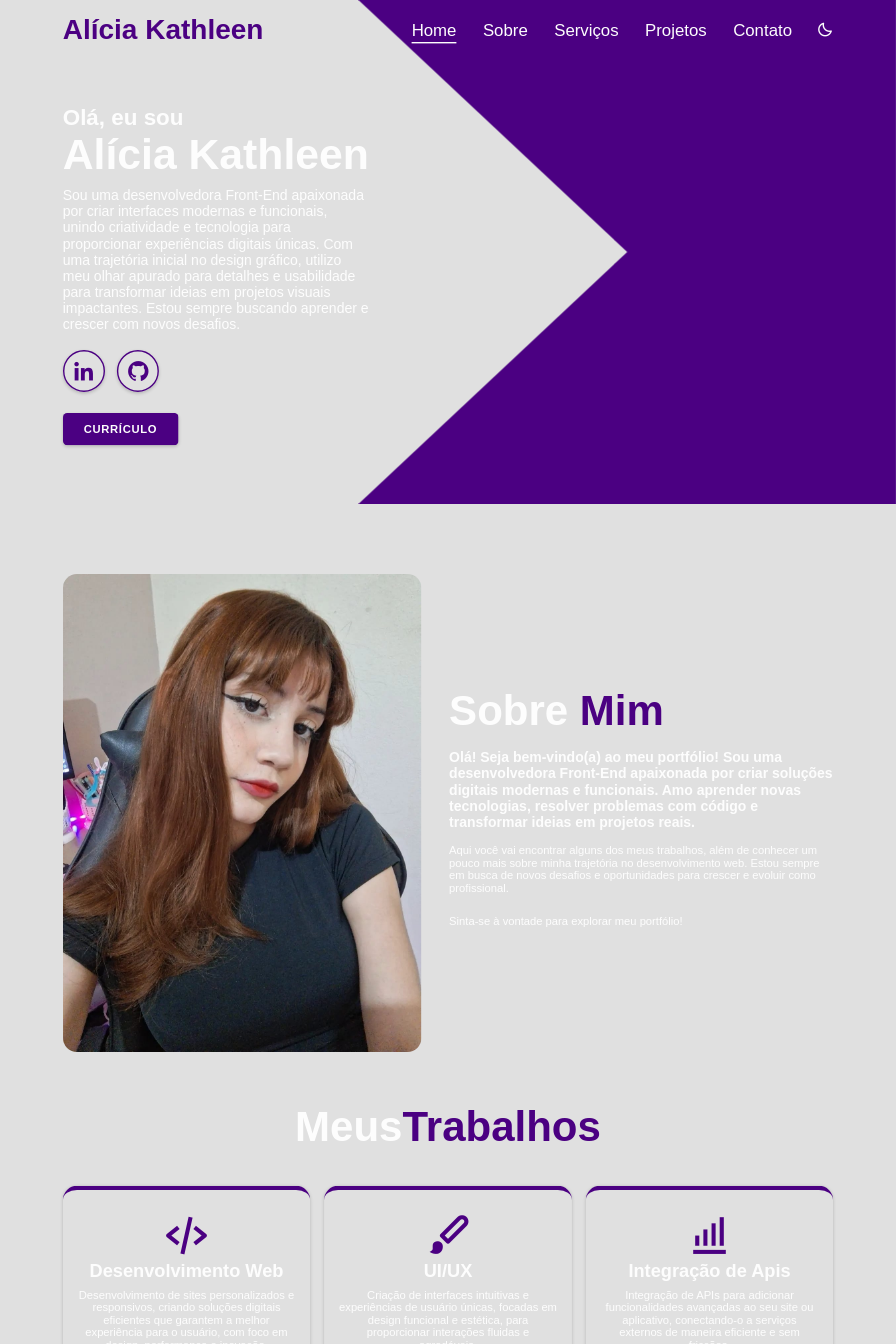
Repository: AliciaKathleen/portfolio-2025
Page: index.html
The author's editor kept a copy of each file at every save. The page is drawn from the files as they stood at one save, then again after the next save.
The browser window is 1280 px wide. The pictures show the part of the page from y = 0 to 1920 px (the page is 3946 px tall), at 70% of full size.

Above is the page before, as saved 2025-01-27 16:46:49.
Console error: TypeError: Cannot read properties of null (reading 'classList')

After the next save:
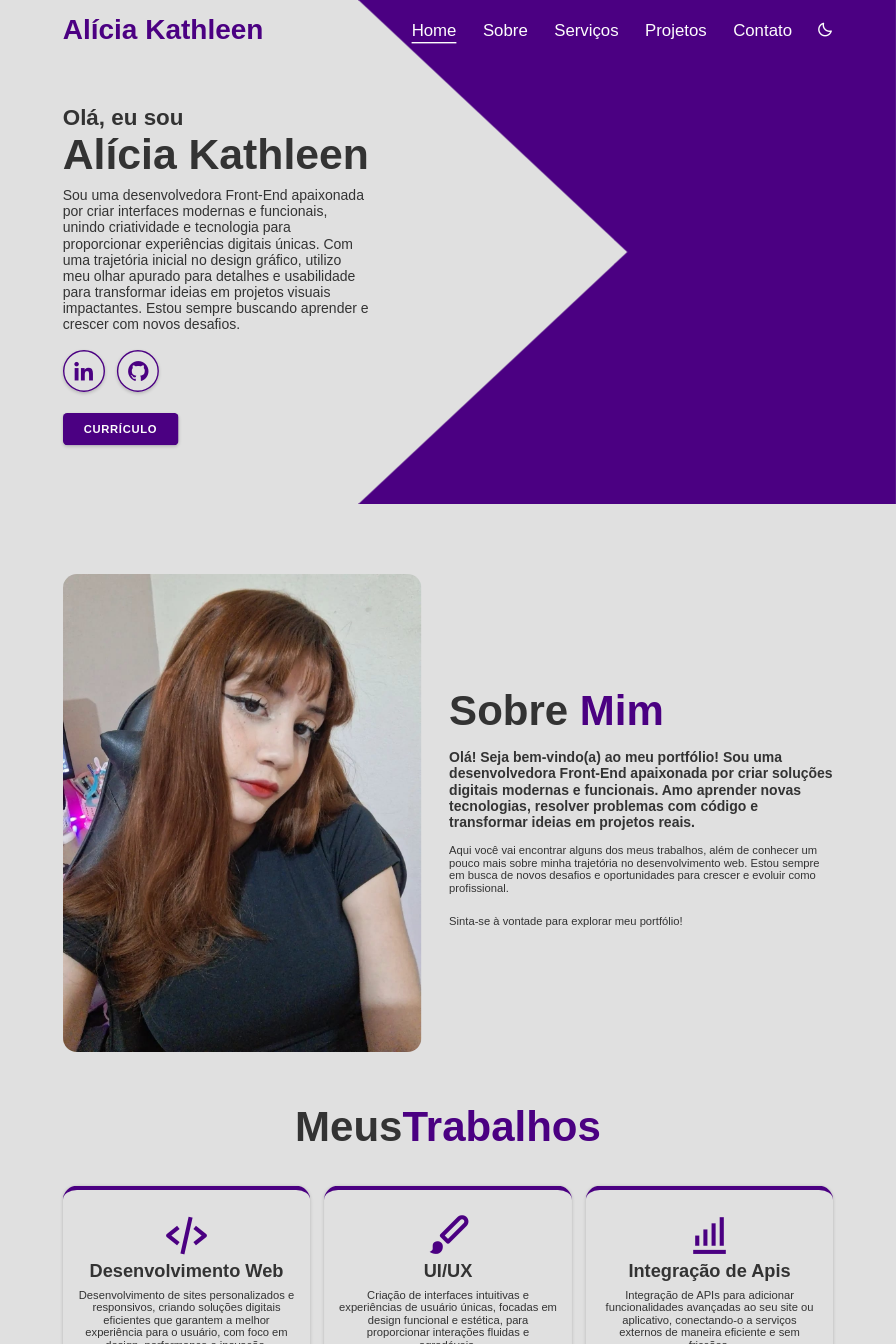
Saved 43 s later.
--- a/style.css
+++ b/style.css
@@ -11,7 +11,7 @@
 
 :root {
     --bg-color: #E0E0E0;
-    --text-color: #fdfdfd;
+    --text-color: #333333;
     --main-color: #4B0082;
     --white-color: #fdfdfd;
     --shadow-color: rgba(0, 0, 0, .2);
